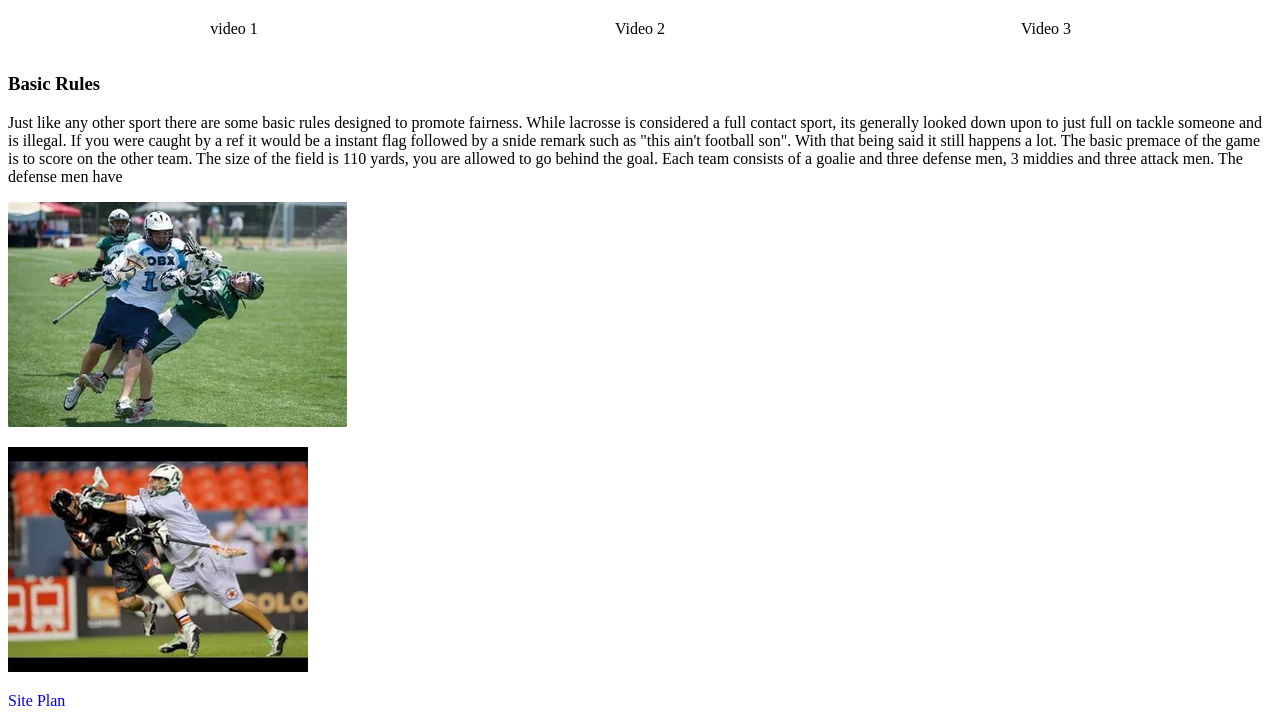
Repository: nak97/personal-site
Page: lacrosse.html
An editor plug-in stored every save of this project. The page is shown before and after the next save, followed by the edit.
The browser window is 1280 px wide. The pictures show the part of the page from y = 540 to 1276 px (the page is 1258 px tall before and 1276 px after).

Above is the page before, as saved 2023-03-16 08:26:19.

### lacrosse.html
<!DOCTYPE html>
<html lang="en">
<head>
  <meta charset="UTF-8">
  <meta http-equiv="X-UA-Compatible" content="IE=edge">
  <meta name="viewport" content="width=device-width, initial-scale=1.0">
  <title>Lacrosse</title>
  <link rel="stylesheet" href="personal-site.css">
</head>
<body>
  <div class="container">

  <nav>
    <a href="site-plan.html" target="_blank">Home</a>
    <a href="football.html" target="_blank">Football</a>
    <a href="mma.html" target="_blank">MMA</a>
  </nav>

  <h3>Lacrosse</h3>
  <p>
    Lacrosse is a fun sport to play, I enjoyed it in Highschool and I will never forget the way it felt to knock someone out and have their whole team trying to take me down.
    Unfortunately it wasn't recorded but that is what inspired me to have a page that is dedicated to nothing but watching some good ole highlights from a very under-rated sport.
    One thing that I really like about lacrosse is the fact that it is an Original American sport. The Ancient Americans would play this sport to please the Great Creator, or God.
    The name lacrosse is a French name which means cross. That is the name given by French colonizers because in their eyes the sticks that were used back then looked like wooden crosses.
    Lacrosse was played for several other reasons as well, including settling disputes with other tribes or bets, as well as to condition young warriors for combat.
     When it was played it was a big event. It has been said that these games had over a thousand players, and the goal posts could range from 400 yards apart to well over two miles, it probably depended on how many players there were.
  </p>
  <section>
  <div class="Laxvideos">
    <div
    class="vid1"><iframe width="360" height="315" src="https://www.youtube-nocookie.com/embed/7RFdiprP1FA" title="YouTube video player" frameborder="0" allow="accelerometer; autoplay; clipboard-write; encrypted-media; gyroscope; picture-in-picture; web-share" allowfullscreen></iframe>
    <p>video 1</p>
    </div>

    <div class="vid2">
      <iframe width="360" height="315" src="https://www.youtube-nocookie.com/embed/xJCC4pTYXT8" title="YouTube video player" frameborder="0" allow="accelerometer; autoplay; clipboard-write; encrypted-media; gyroscope; picture-in-picture; web-share" allowfullscreen></iframe>
      <p>Video 2</p>
    </div>

    <div class="vid3">
      <iframe width="360" height="315" src="https://www.youtube-nocookie.com/embed/F7HaGgAxq8M" title="YouTube video player" frameborder="0" allow="accelerometer; autoplay; clipboard-write; encrypted-media; gyroscope; picture-in-picture; web-share" allowfullscreen></iframe>
      <p>Video 3</p>
    </div>
  </div>
</section>

<section>

  <h3> Basic Rules  </h3>
  <p>Just like any other sport there are some basic rules designed to promote fairness. While lacrosse is considered a full contact sport, its generally looked down upon to just full on tackle someone and is illegal. If you were caught by a ref it would be a instant flag followed by a snide remark such as "this ain't football son". With that being said it still happens a lot. The basic premace of the game is to score on the other team. The size of the field is 110 yards, you are allowed to go behind the goal. Each team consists of a goalie and three defense men, 3 middies and three attack men. The defense men have   </p>
<div class="images">

<div class="img1">

</div>
<img src="./images/lacrosse-hit-one.webp" alt="image for page3">
<p></p>

<div class="img2">
  <img src="./images/lacross-hit-two.webp" alt="image for page3">
<p>

</p>
</div>

</div>
</section>

    <footer><a href="site-plan.html"> Site Plan</a></footer>
  </div>
</body>
</html>

### personal-site.css
.container {
  display: grid;
}

a{
  text-decoration: none;
}
nav{
  display: flex;
  justify-content: space-evenly;
}

.Laxvideos{
  display: flex;
  justify-content: space-evenly;
  text-align: center;

}

After the next save:
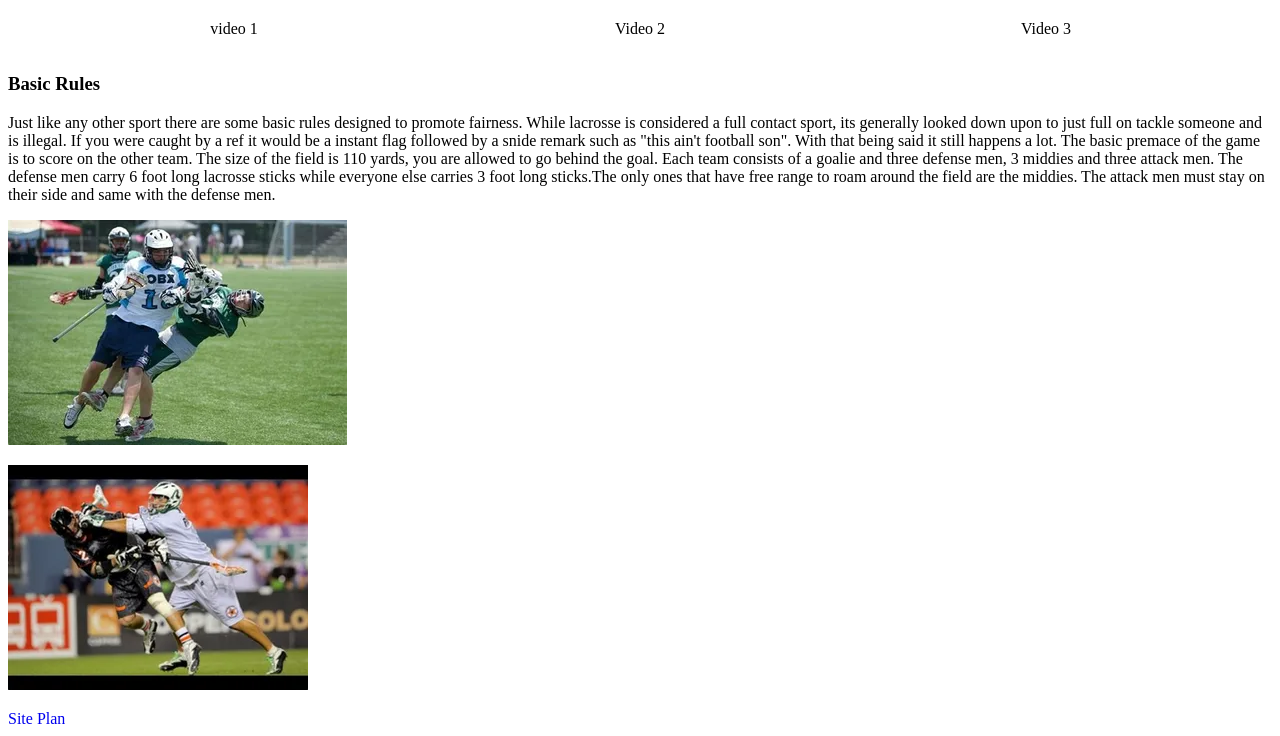
Saved 111 s later.
--- a/lacrosse.html
+++ b/lacrosse.html
@@ -47,7 +47,7 @@
 <section>
 
   <h3> Basic Rules  </h3>
-  <p>Just like any other sport there are some basic rules designed to promote fairness. While lacrosse is considered a full contact sport, its generally looked down upon to just full on tackle someone and is illegal. If you were caught by a ref it would be a instant flag followed by a snide remark such as "this ain't football son". With that being said it still happens a lot. The basic premace of the game is to score on the other team. The size of the field is 110 yards, you are allowed to go behind the goal. Each team consists of a goalie and three defense men, 3 middies and three attack men. The defense men have   </p>
+  <p>Just like any other sport there are some basic rules designed to promote fairness. While lacrosse is considered a full contact sport, its generally looked down upon to just full on tackle someone and is illegal. If you were caught by a ref it would be a instant flag followed by a snide remark such as "this ain't football son". With that being said it still happens a lot. The basic premace of the game is to score on the other team. The size of the field is 110 yards, you are allowed to go behind the goal. Each team consists of a goalie and three defense men, 3 middies and three attack men. The defense men carry 6 foot long lacrosse sticks while everyone else carries 3 foot long sticks.The only ones that have free range to roam around the field are the middies. The attack men must stay on their side and same with the defense men.   </p>
 <div class="images">
 
 <div class="img1">
